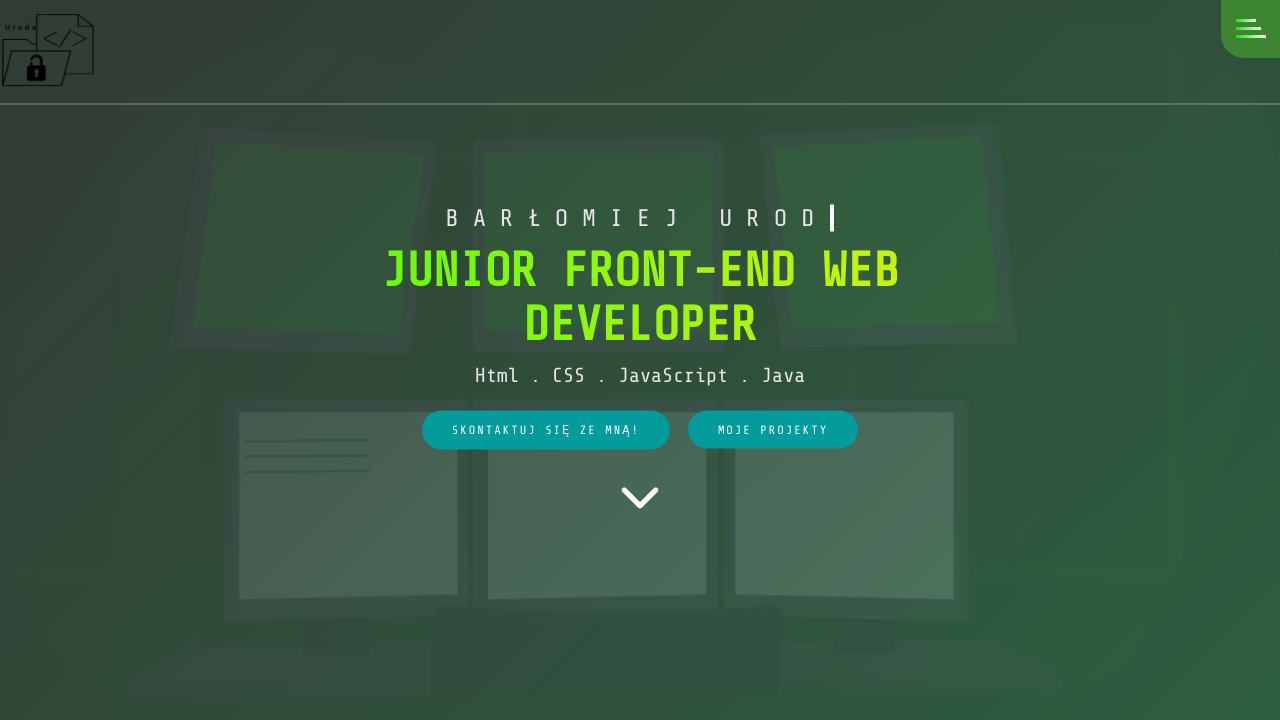
Repository: BartekUroda/portfolio
Page: index.html
An editor plug-in stored every save of this project. The page is shown before and after the next save, followed by the edit.
The browser window is 1280 px wide. The pictures show the whole page.
Some web libraries are served in a nearby version.

Above is the page before, as saved 2020-10-27 00:45:12.

### index.html
<!DOCTYPE html>
<html lang="en">
<head>
    <meta charset="UTF-8">
    <meta name="viewport" content="width=device-width, initial-scale=1.0">
    <title>Portfolio | Bartek Uroda</title>
    <link rel="stylesheet" type="text/css" href="css/style.css">
    <link href="https://fonts.googleapis.com/css2?family=Poppins&sfamily=Share+Tech+Mono&display=swap" rel="stylesheet">
    <script src="https://kit.fontawesome.com/056e5c10dc.js" crossorigin="anonymous"></script>
    <link rel="shortcut icon" type="image/x-icon" href="images/favicon.ico" />
</head>
<body>
    <header>
        <div class="container">
            <nav>
                <div class="nav-brand">
                    <a href="index.html">
                        <img src="images/logo.png" alt="Uroda">
                    </a>
                </div>
                <div class="burger-menu-icon">
                    <div class="line1"></div>
                    <div class="line2"></div>
                    <div class="line3"></div>
                </div>
                <ul class="nav-list">
                    <li class="nav-item">
                      <a href="#landing-page">
                        <img
                          src="images/profile.jpeg"
                          alt="Bartek Uroda"
                          class="profile-pic nav-link"
                        >
                        <span class="caption nav-link">Bartek Uroda</span>
                      </a>
                    </li>
                    <li class="nav-item">
                      <a href="#about" class="nav-link">O mnie</a>
                    </li>
                    <li class="nav-item">
                      <a href="#services" class="nav-link">Usługi</a>
                    </li>
                    <li class="nav-item">
                      <a href="#projects" class="nav-link">Projekty</a>
                    </li>
                    <li class="nav-item">
                      <a href="#contact" class="nav-link">Kontakt</a>
                    </li>
                    <li class="nav-item">
                      <a href="https://www.facebook.com/bartlomiej.uroda.3" target="_blank" class="nav-link">
                        <i class="fab fa-facebook"></i>
                      </a>
                      <a href="https://github.com/Urodii" target="_blank" class="nav-link">
                        <i class="fab fa-github"></i>
                      </a>
                      <a href="https://www.youtube.com/channel/UCzT1h5RNvmbtrmKT5hPjyAg?view_as=subscriber" target="_blank" class="nav-link">
                        <i class="fab fa-youtube"></i>
                      </a>
                    </li>
                  </ul>
            </nav>
        </div>
    </header>
    <main>
      <section id="landing-page" class="landing-page">
        <div class="container">
          <div class="main-message">
            <h2>Barłomiej Uroda</h2>
            <h3>Junior Front-End Web Developer</h3>
            <p>Html . CSS . JavaScript . Java</p>
            <div class="intro-btn">
              <div class="cta">
                <a href="#contact" class="btn">Skontaktuj się ze mną!</a>
              </div>
              <div class="cta">
                <a href="#projects" class="btn">Moje Projekty</a>
              </div>
            </div>
            <div>
              <a href="#about" class="scroll-down">
                <i class="fa fa-chevron-down" aria-hidden="true"></i>
              </a>
            </div>
          </div>
        </div>
      </section>
    </main>
 <script type="text/javascript" src="js/main.js"></script>
</body>
</html>

### css/style.css
/* ----------GLOBAL STYLES---------- */
*,
*::before,
*::after {
  margin: 0;
  padding: 0;
  box-sizing: inherit;
}
html {
    font-family: "Share Tech Mono", monospace;
    font-size: 12px;
    box-sizing: border-box;
    scroll-behavior: smooth;
    color: #e7e7e7;
    background: rgb(49, 68, 56);
}

a {
    text-decoration: none;
    color: rgb(3, 155, 23);
}

a:hover {
    color: rgba(249, 105, 14, 1);
}

ul {
    list-style: none;
}

p {
    font-size: 1.4rem;
}

img {
    width: 100%;
    max-width: 100%;
    height: auto;
}
/* ----------HEADER---------- */
header {
    width: 100%;
    height: 5rem;
    position: absolute;
    top: 0;
    left: 0;
    z-index: 1;
}
.contenier {
    width: 100%;
    max-width: 90rem;
    margin: 0 auto;
    padding: 0 1.5rem;
}
.nav-brand {
    width: 8rem;
}
nav {
    width: 100%;
    display: flex;
    align-items: center;
    justify-content: space-between;
    padding: 1rem 0;
    border-bottom: 2px solid rgba(255, 255, 255, .2);
}
.line1 {
    width: 20px;
    height: 3px;
    margin: 5px 0;
    background: linear-gradient(
      135deg,
      rgb(27, 218, 10) 0%,
      rgb(255, 255, 255) 100%
    );
}
.line2 {
    width: 25px;
    height: 3px;
    background: linear-gradient(
      135deg,
      rgb(27, 218, 10) 0%,
      rgb(255, 255, 255) 100%
    );
}
.line3 {
    width: 30px;
    height: 3px;
    margin: 5px 0;
    background: linear-gradient(
      135deg,
      rgb(27, 218, 10) 0%,
      rgb(255, 255, 255) 100%
    );
}
.burger-menu-icon {
    cursor: pointer;
    z-index: 999;
    position: fixed;
    right: 0;
    top: 0;
    background-color: rgba(67, 145, 47, 0.815);
    padding: 1.2rem;
    border-radius: 0% 0% 0% 40%;
}
.profile-pic {
    height: 9rem;
    width: auto;
    border-radius: 50%;
    display: block;
    margin: 1.5rem 0;
}
.caption {
    display: block;
}
.nav-list {
    width: 24rem;
    height: 100vh;
    background-color:  rgb(69, 85, 75);
    position: fixed;
    top: 0;
    right: -26rem;
    display: flex;
    flex-direction: column;
    align-items: center;
    justify-self: start;
    z-index: 998;
    transition: all 650ms ease-in-out;
}
.nav-list.active {
    right: 0;
}
.nav-item {
    margin: 1.2rem 0;
}
.nav-link {
    opacity: 0;
    font-size: 1.3rem;
    text-transform: uppercase;
    color: #cecece;
    letter-spacing: 1.5px;
}
.nav-link:hover {
    color: rgb(62, 248, 15);
}
.toggle {
    background: none;
}
.toggle .line1 {
    transform: rotate(-45deg) translate(-5px, 6px) scalex(2);
}
.toggle .line2 {
    opacity: 0;
}
.toggle .line3 {
    width: 20px;
    transform: rotate(45deg) translate(-5px, -6px) scalex(2);
    margin-left: 0px;
}
@keyframes navLinkAnimate {
    from{
        opacity: 0;
        transform: translate(50px);
    }
    to{
        opacity: 1;
        transform: translate(0px);
    }
}
/* ----------MAIN---------- */
.landing-page{
    width: 100%;
    height: 100vh;
    background: linear-gradient(
        135deg,
        rgba(50, 58, 52, 0.9) 0%,
        rgba(44, 100, 65, 0.8) 100%
    ),
    url('../images/mainpage.png') center no-repeat;
    background-size: contain;
    position: relative;
}
.main-message {
    width: 100%;
    max-width: 58rem;
    text-transform: uppercase;
    position: absolute;
    left: 50%;
    top: 50%;
    transform: translate(-50%, -50%);
    text-align: center;
}
.main-message h2 {
    letter-spacing: 1.2rem;
    font-size: 2rem;
    font-weight: 400;
    overflow: hidden;
    white-space: nowrap;
    animation: typing 5s steps(30), blink 1s ease-in-out 7s infinite;
    width: 30ch;
    margin: auto;
    border-right: 4px solid rgba(255, 255, 255, 1);
}
@keyframes typing {
    75% {
      width: 0ch;
      color: rgb(178, 249, 14);
    }
    100% {
      width: 30ch;
    }
}
@keyframes blink {
    0% {
      border-right: 4px solid rgba(255, 255, 255, 0);
    }
    100% {
      border-right: 4px solid rgb(194, 194, 194);
    }
}
.main-message h3 {
    font-size: 4rem;
    margin: 1rem 0;
    color: rgba(249, 105, 14, 1);
    background: linear-gradient(
      to right,
      rgb(87, 253, 9) 0%,
      rgb(217, 240, 17) 100%
    );
    -webkit-background-clip: text;
    -webkit-text-fill-color: transparent;
}
.main-message p {
    text-transform: none;
    font-size: 1.7rem;
    font-weight: 400;
}
.intro-btn {
    display: flex;
    justify-content: center;
}
.btn {
    margin: 0 9px;
    background: rgba(3, 155, 155);
    border-radius: 2rem;
    color: #fafafa;
    padding: 1rem 2.5rem;
    display: inline-block;
    margin-top: 2rem;
    transition: background-color 650ms;
    font-weight: 500;
    letter-spacing: 2px;
}
.btn:hover {
    color: #fafafa;
    background-color: rgb(176, 189, 0);
}
.scroll-down i {
    color: #fafafa;
    transition: color 650ms;
    margin-top: 2rem;
    font-size: 3.5rem;
}
.scroll-down i:hover {
    color: rgb(176, 189, 0);
}

### js/main.js
//eselect elements
const selectElement = (s) => document.querySelector(s);
const navLinks = document.querySelectorAll(".nav-link");

selectElement(".burger-menu-icon").addEventListener("click", () => {
    selectElement(".nav-list").classList.toggle("active");
    selectElement(".burger-menu-icon").classList.toggle("toggle")

    navLinks.forEach((link, index) => {
        if (link.style.animation){
            link.style.animation = ""
        }else{
            link.style.animation = `navLinkAnimate 0.5s ease forwards ${ index/7 + 0.5}s`
            console.log(index/7 + 0.5)
        }
    })
});

After the next save:
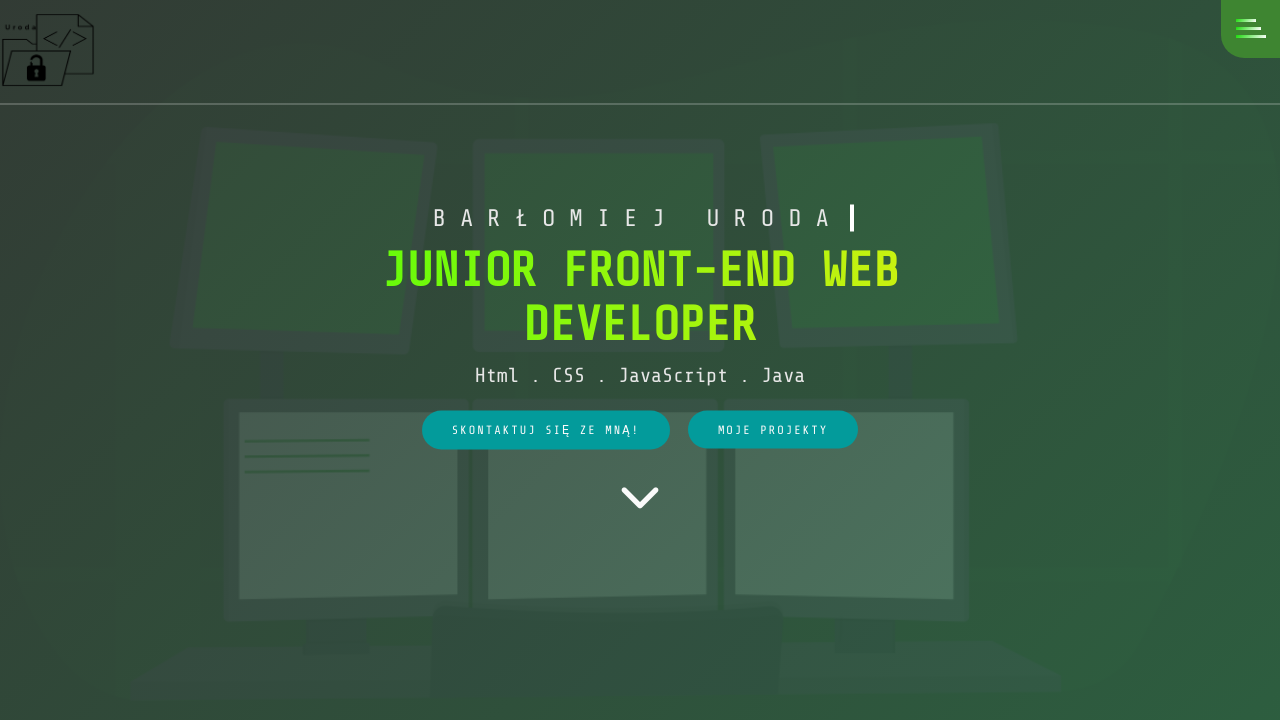
Saved 15 s later.
--- a/css/style.css
+++ b/css/style.css
@@ -195,8 +195,8 @@ nav {
     font-weight: 400;
     overflow: hidden;
     white-space: nowrap;
-    animation: typing 5s steps(30), blink 1s ease-in-out 7s infinite;
-    width: 30ch;
+    animation: typing 5s steps(33), blink 1s ease-in-out 7s infinite;
+    width: 33ch;
     margin: auto;
     border-right: 4px solid rgba(255, 255, 255, 1);
 }
@@ -206,7 +206,7 @@ nav {
       color: rgb(178, 249, 14);
     }
     100% {
-      width: 30ch;
+      width: 33ch;
     }
 }
 @keyframes blink {
